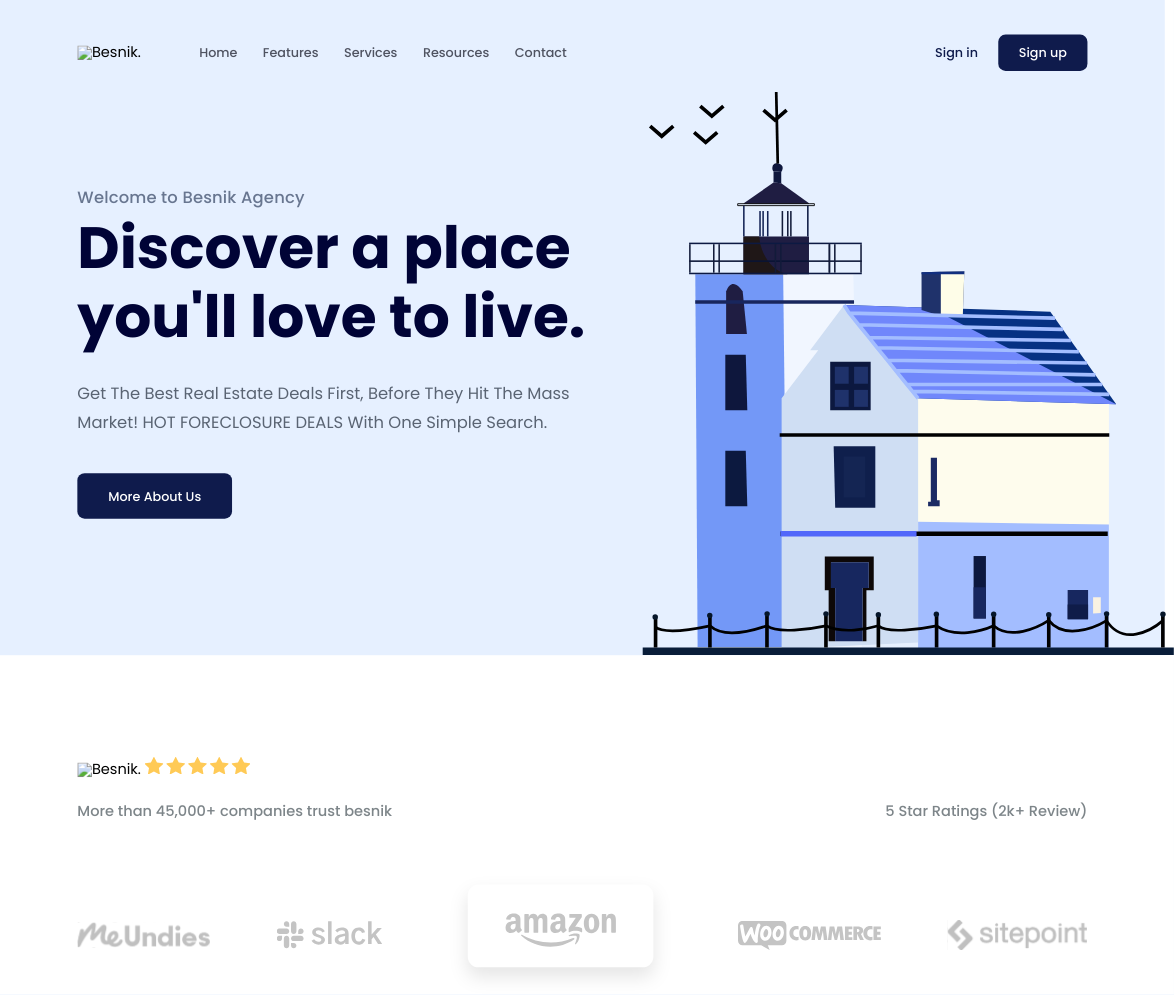
Repository: Phu2992/htmlcss-f8-01
Page: index.html
These files come from the project's save history. The page is drawn as it stood at one moment and after the next save; the edit follows.
The browser window is 1280 px wide. The page is 1290 px wide, so the pictures cover 1290 px, including what lies to the right of the window. The pictures show the whole page, at 91% of full size.

Above is the page before, as saved 2024-09-26 21:57:15.

### index.html
<!DOCTYPE html>
<html lang="en">
    <head>
        <meta charset="UTF-8" />
        <meta name="viewport" content="width=device-width, initial-scale=1.0" />
        <link rel="stylesheet" href="./assets/css/reset.css" />
        <link rel="preconnect" href="https://fonts.googleapis.com" />
        <link rel="preconnect" href="https://fonts.gstatic.com" crossorigin />
        <link
            href="https://fonts.googleapis.com/css2?family=Poppins:ital,wght@0,100;0,200;0,300;0,400;0,500;0,600;0,700;0,800;0,900;1,100;1,200;1,300;1,400;1,500;1,600;1,700;1,800;1,900&display=swap"
            rel="stylesheet"
        />
        <!-- <link rel="stylesheet" href="./assets/fonts/stylesheet.css" /> -->
        <link rel="stylesheet" href="./assets/css/styles.css" />
        <title>F8-Project-1</title>
    </head>
    <body>
        <main>
            <!-- Header -->
            <header class="header">
                <div class="content">
                    <!-- navigation-bar -->
                    <nav class="navbar">
                        <img src="./assets/img/logo.svg" alt="Besnik." />
                        <ul>
                            <li><a href="#!">Home</a></li>
                            <li><a href="#!">Features</a></li>
                            <li><a href="#!">Services</a></li>
                            <li><a href="#!">Resources</a></li>
                            <li><a href="#!">Contact</a></li>
                        </ul>
                        <div class="action">
                            <a href="#!" class="action-link">Sign in</a>
                            <a href="#!" class="btn">Sign up</a>
                        </div>
                    </nav>
                    <!-- Hero -->
                    <div class="hero">
                        <!-- hero-info -->
                        <div class="info">
                            <p class="sub-title">Welcome to Besnik Agency</p>
                            <h1 class="title">
                                Discover a place you'll love to live.
                            </h1>
                            <p class="desc">
                                get the best real estate deals first, before
                                they hit the mass market! HOT FORECLOSURE DEALS
                                with one simple search.
                            </p>
                            <a href="" class="btn">More About Us</a>
                        </div>
                        <!-- hero-image -->
                        <img
                            class="hero-img"
                            src="./assets/img/hero-img.svg"
                            alt=" Discover a place you'll love to live."
                        />
                    </div>
                </div>
            </header>
            <!-- ==========Clients=========== -->
            <div class="clients">
                <div class="content">
                    <div class="row-client logo-row">
                        <img
                            src="./assets/img/logo.svg"
                            alt="Besnik."
                            class="logo-img"
                        />
                        <img
                            src="./assets/img/star.svg"
                            alt="Star"
                            class="star-img"
                        />
                    </div>
                    <div class="row-clients decs-row">
                        <p class="">More than 45,000+ companies trust besnik</p>
                        <p>5 Star Ratings (2k+ Review)</p>
                    </div>
                    <div class="logo-clients">
                        <img
                            src="./assets/img/logo-client1.svg"
                            alt="Me Undie"
                        />
                        <img src="./assets/img/logo-client2.svg" alt="slack" />
                        <img src="./assets/img/logo-client3.svg" alt="amazon" />
                        <img
                            src="./assets/img/logo-client4.svg"
                            alt="Woo Commerce"
                        />
                        <img
                            src="./assets/img/logo-client5.svg"
                            alt="site point"
                        />
                    </div>
                </div>
            </div>
        </main>
    </body>
</html>

### assets/css/styles.css
* {
    box-sizing: border-box;
}

:root {
    --primari-color: #0f1b4c;
}

html {
    font-size: 62.5%;
}

body {
    font-size: 1.6rem;
    font-family: "Poppins", sans-serif;
}

/* common */
.content {
    width: 1110px;
    max-width: calc(100% - 48px);
    margin-left: auto;
    margin-right: auto;
}

a {
    text-decoration: none;
}

.header {
    background-color: #e6f0ff;
    height: 100vh;
    position: relative;
}

.btn {
    display: inline-block;
    padding: 18px 16px;
    min-width: 98px;
    border-radius: 8px;
    background: var(--primari-color);
    color: #ffffff;
    text-align: center;
    font-size: 1.4rem;
    font-weight: 500;
}

.btn:hover {
    opacity: 0.9;
}

/* Header-Navigation */
.navbar {
    display: flex;
    align-items: center;
    padding-top: 38px;
}

.navbar ul {
    display: flex;
    margin-left: 50px;
}

.navbar ul a {
    color: #4f5361;
    font-size: 1.4rem;
    font-weight: 500;
    padding: 8px 14px;
}

.navbar ul a:hover {
    text-decoration: underline;
}

.navbar .action {
    margin-left: auto;
}

.navbar .action-link {
    color: var(--primari-color);
    font-size: 1.4rem;
    font-weight: 500;
}

.navbar .action .btn {
    padding: 13px 16px;
    margin-left: 18px;
}

/* Header-Hero */
.hero {
    margin-top: 130px;
}

.hero .info {
    width: 50.3%;
}
.hero .sub-title {
    color: #687690;
    font-size: 1.8rem;
    font-weight: 500;
    letter-spacing: 0.01em;
}

.hero .title {
    margin-top: 8px;
    color: #000336;
    font-size: 6.4rem;
    font-style: normal;
    font-weight: 700;
    line-height: 1.1875;
}

.hero .desc {
    margin-top: 30px;
    color: #5a6473;
    font-size: 1.8rem;
    font-style: normal;
    font-weight: 400;
    line-height: 1.77778;
    text-transform: capitalize;
}

.hero .btn {
    margin-top: 40px;
    min-width: 170px;
}

.hero .hero-img {
    position: absolute;
    bottom: 0;
    right: calc((100vw - 1100px) / 2 - 100px);
}

/* ===============Client============== */
.clients {
    margin-top: 112px;
}

.clients .row-clients {
    display: flex;
    justify-content: space-between;
    align-items: center;
}

.clients .row-clients p {
    color: #7d8589;
    font-size: 1.6rem;
    font-weight: 500;
    line-height: 1.25;
}

.clients .decs-row {
    margin-top: 28px;
}

.logo-clients {
    margin-top: 60px;
    display: flex;
    justify-content: space-between;
    align-items: center;
}

/* =================Guides============= */
.guides .guides-title {
    color: #000339;
    font-size: 35px;
    font-weight: 600;
    line-height: 0.35;
}

Loaded but not shown: assets/css/reset.css (common file)

After the next save:
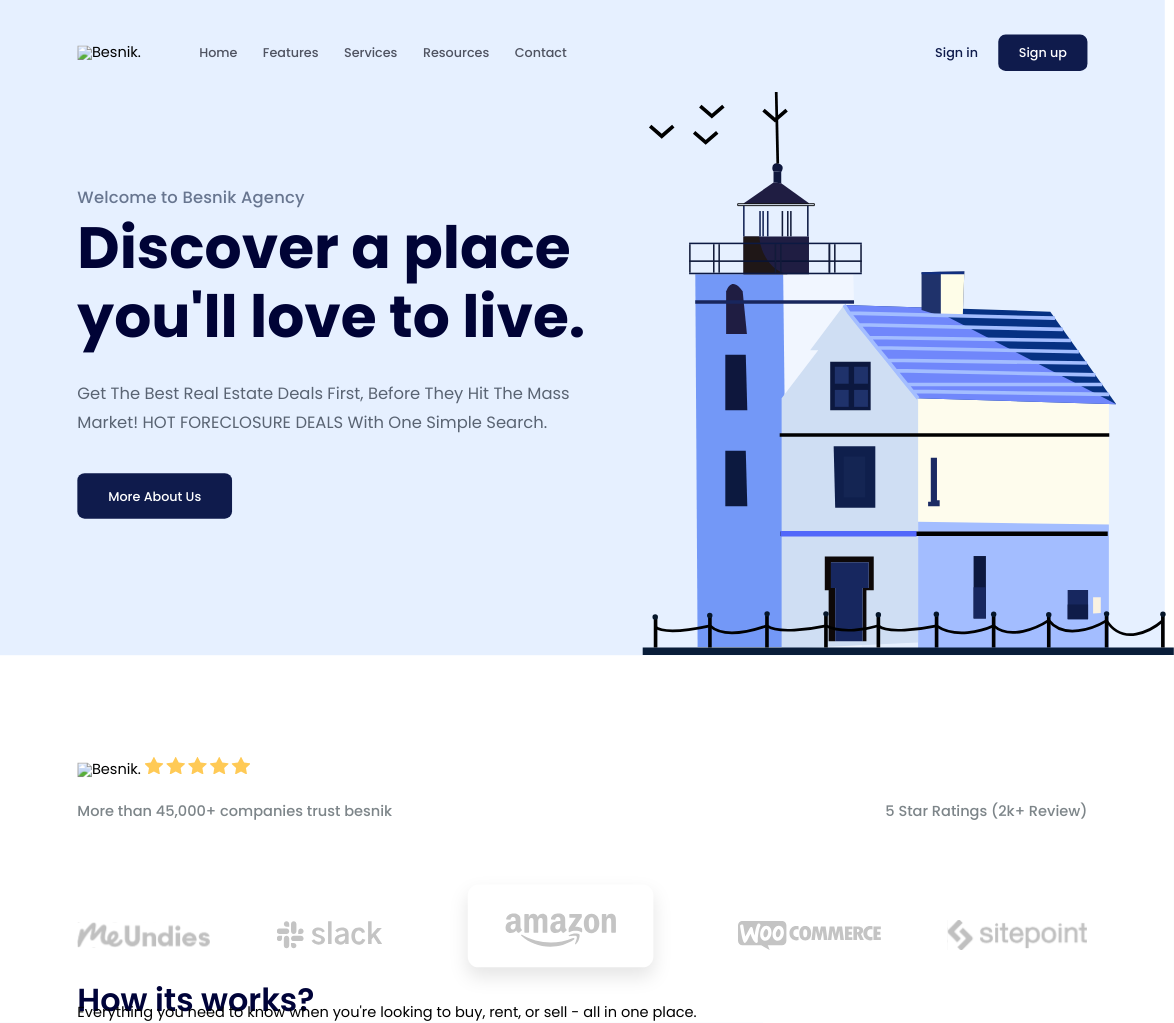
Saved 10 s later.
--- a/index.html
+++ b/index.html
@@ -95,6 +95,16 @@
                     </div>
                 </div>
             </div>
+            <!-- ===============Guides=========== -->
+            <div class="guides">
+                <div class="content">
+                    <h2 class="guides-title">How its works?</h2>
+                    <p class="guides-decs">
+                        Everything you need to know when you're looking to buy,
+                        rent, or sell - all in one place.
+                    </p>
+                </div>
+            </div>
         </main>
     </body>
 </html>
